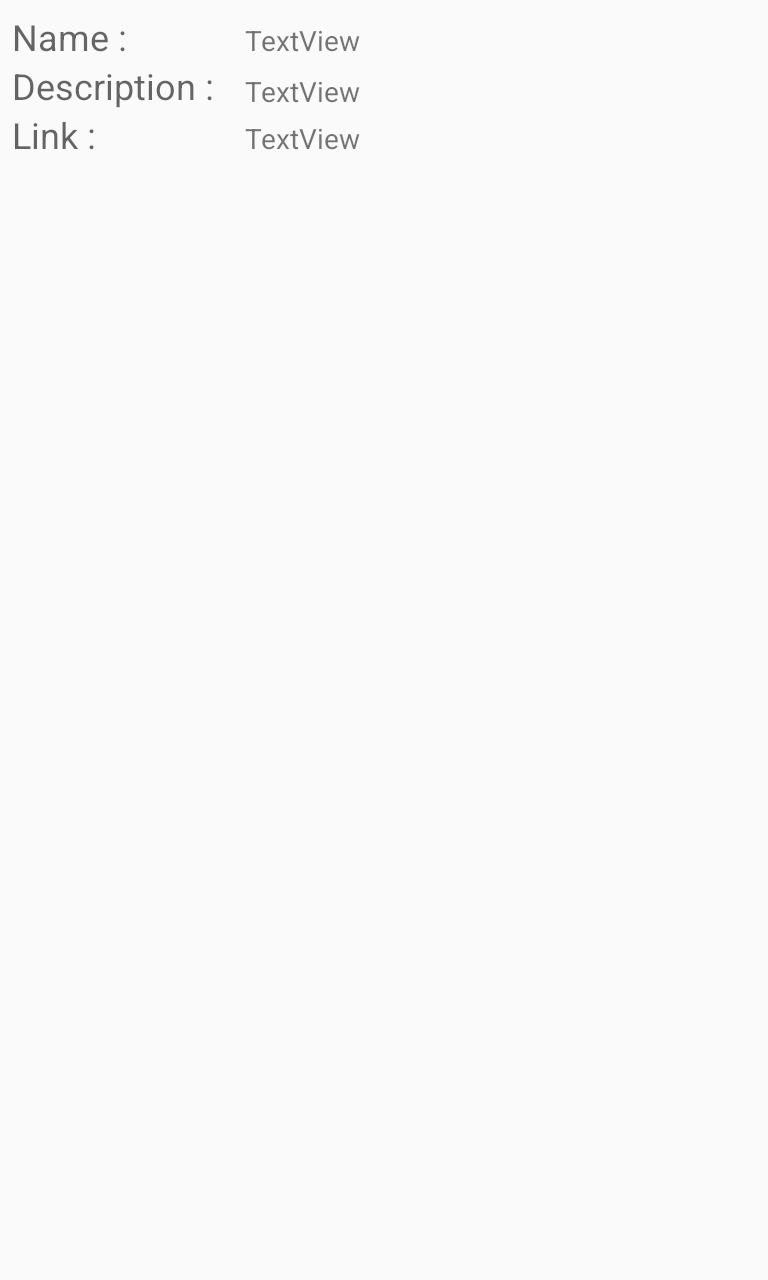
Repository: HAYKEL88/MASTER2_PFE
Layout: PFE_ANDROID/res/layout/serviceslist.xml
These files come from the project's save history. The layout is drawn as it stood at one moment and after the next save; the edit follows.
It is drawn on a 768 x 1280 px phone screen (xhdpi) without system bars, with theme AppTheme; the app's code is not run.

Above is the layout before, as saved 2014-12-21 11:56:55.

### PFE_ANDROID/res/layout/serviceslist.xml
<?xml version="1.0" encoding="utf-8"?>
<RelativeLayout xmlns:android="http://schemas.android.com/apk/res/android"
    android:layout_width="fill_parent"
    android:layout_height="wrap_content"
    android:orientation="vertical"
    android:padding="6dip" >

    <TextView
        android:id="@+id/tvWelcomeUser"
        android:layout_width="wrap_content"
        android:layout_height="wrap_content"
        android:layout_alignParentLeft="true"
        android:layout_alignParentTop="true"
        android:text="Name :"
        android:textAppearance="?android:attr/textAppearanceMedium" />

    <TextView
        android:id="@+id/textView2"
        android:layout_width="wrap_content"
        android:layout_height="wrap_content"
        android:layout_alignLeft="@+id/tvWelcomeUser"
        android:layout_below="@+id/tvWelcomeUser"
        android:text="Description :"
        android:textAppearance="?android:attr/textAppearanceMedium" />

    <TextView
        android:id="@+id/textView3"
        android:layout_width="wrap_content"
        android:layout_height="wrap_content"
        android:layout_alignLeft="@+id/textView2"
        android:layout_below="@+id/textView2"
        android:text="Link :"
        android:textAppearance="?android:attr/textAppearanceMedium" />

    <TextView
        android:id="@+id/tvObjectifName"
        android:layout_width="wrap_content"
        android:layout_height="wrap_content"
        android:layout_alignBaseline="@+id/tvWelcomeUser"
        android:layout_alignBottom="@+id/tvWelcomeUser"
        android:layout_marginLeft="59dp"
        android:layout_toRightOf="@+id/tvWelcomeUser"
        android:text="TextView" />

    <TextView
        android:id="@+id/tvObjectifPriority"
        android:layout_width="wrap_content"
        android:layout_height="wrap_content"
        android:layout_above="@+id/textView3"
        android:layout_alignLeft="@+id/tvObjectifName"
        android:text="TextView" />

    <TextView
        android:id="@+id/tvObjectifComments"
        android:layout_width="wrap_content"
        android:layout_height="wrap_content"
        android:layout_alignBaseline="@+id/textView3"
        android:layout_alignBottom="@+id/textView3"
        android:layout_alignLeft="@+id/tvObjectifPriority"
        android:text="TextView" />

</RelativeLayout>

Loaded but not shown: PFE_ANDROID/res/values/styles.xml (common file); PFE_ANDROID/res/values-v11/styles.xml (common file); PFE_ANDROID/res/values-v14/styles.xml (common file)

After the next save:
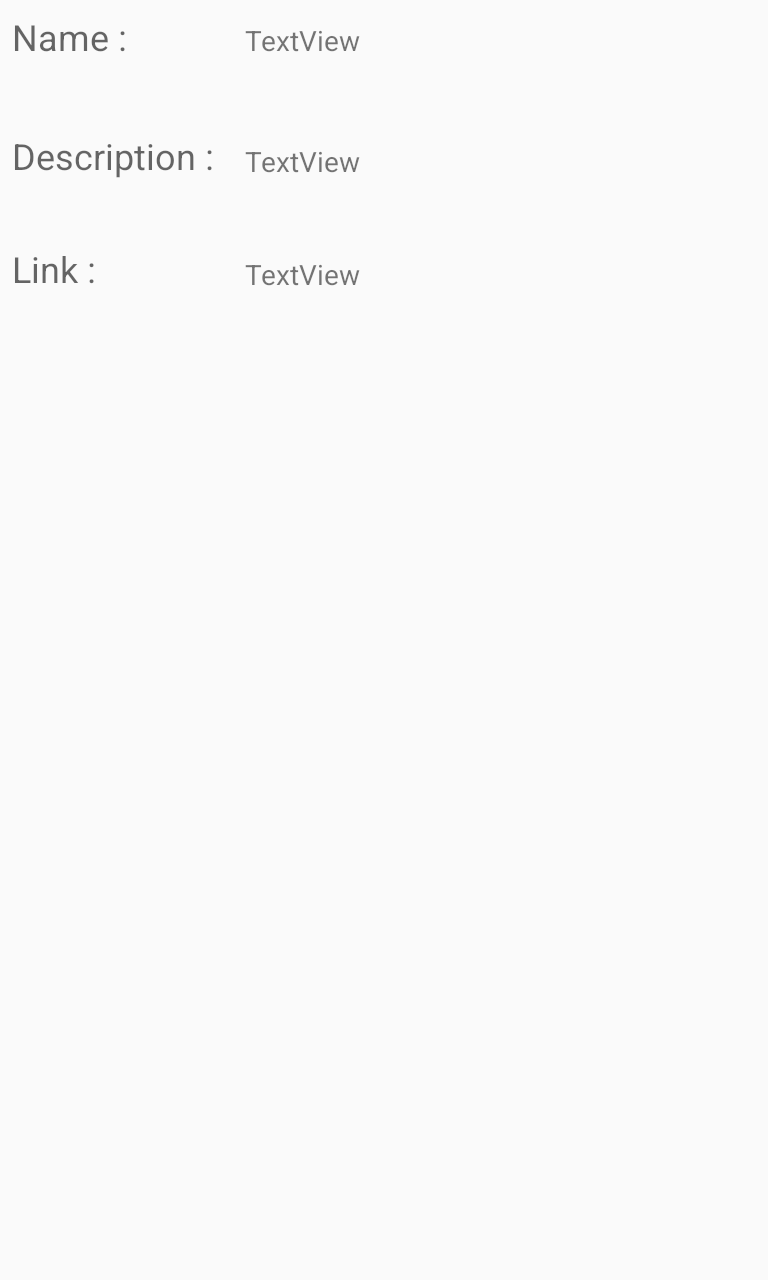
Saved 65 min 22 s later.
--- a/PFE_ANDROID/res/layout/serviceslist.xml
+++ b/PFE_ANDROID/res/layout/serviceslist.xml
@@ -15,24 +15,6 @@
         android:textAppearance="?android:attr/textAppearanceMedium" />
 
     <TextView
-        android:id="@+id/textView2"
-        android:layout_width="wrap_content"
-        android:layout_height="wrap_content"
-        android:layout_alignLeft="@+id/tvWelcomeUser"
-        android:layout_below="@+id/tvWelcomeUser"
-        android:text="Description :"
-        android:textAppearance="?android:attr/textAppearanceMedium" />
-
-    <TextView
-        android:id="@+id/textView3"
-        android:layout_width="wrap_content"
-        android:layout_height="wrap_content"
-        android:layout_alignLeft="@+id/textView2"
-        android:layout_below="@+id/textView2"
-        android:text="Link :"
-        android:textAppearance="?android:attr/textAppearanceMedium" />
-
-    <TextView
         android:id="@+id/tvObjectifName"
         android:layout_width="wrap_content"
         android:layout_height="wrap_content"
@@ -43,20 +25,39 @@
         android:text="TextView" />
 
     <TextView
+        android:id="@+id/tvObjectifComments"
+        android:layout_width="wrap_content"
+        android:layout_height="wrap_content"
+        android:layout_alignBottom="@+id/textView3"
+        android:layout_alignLeft="@+id/tvObjectifPriority"
+        android:text="TextView" />
+
+    <TextView
+        android:id="@+id/textView2"
+        android:layout_width="wrap_content"
+        android:layout_height="wrap_content"
+        android:layout_alignLeft="@+id/tvWelcomeUser"
+        android:layout_below="@+id/tvWelcomeUser"
+        android:layout_marginTop="35dp"
+        android:text="Description :"
+        android:textAppearance="?android:attr/textAppearanceMedium" />
+
+    <TextView
         android:id="@+id/tvObjectifPriority"
         android:layout_width="wrap_content"
         android:layout_height="wrap_content"
-        android:layout_above="@+id/textView3"
+        android:layout_alignBottom="@+id/textView2"
         android:layout_alignLeft="@+id/tvObjectifName"
         android:text="TextView" />
 
     <TextView
-        android:id="@+id/tvObjectifComments"
+        android:id="@+id/textView3"
         android:layout_width="wrap_content"
         android:layout_height="wrap_content"
-        android:layout_alignBaseline="@+id/textView3"
-        android:layout_alignBottom="@+id/textView3"
-        android:layout_alignLeft="@+id/tvObjectifPriority"
-        android:text="TextView" />
+        android:layout_alignLeft="@+id/textView2"
+        android:layout_below="@+id/textView2"
+        android:layout_marginTop="32dp"
+        android:text="Link :"
+        android:textAppearance="?android:attr/textAppearanceMedium" />
 
 </RelativeLayout>
